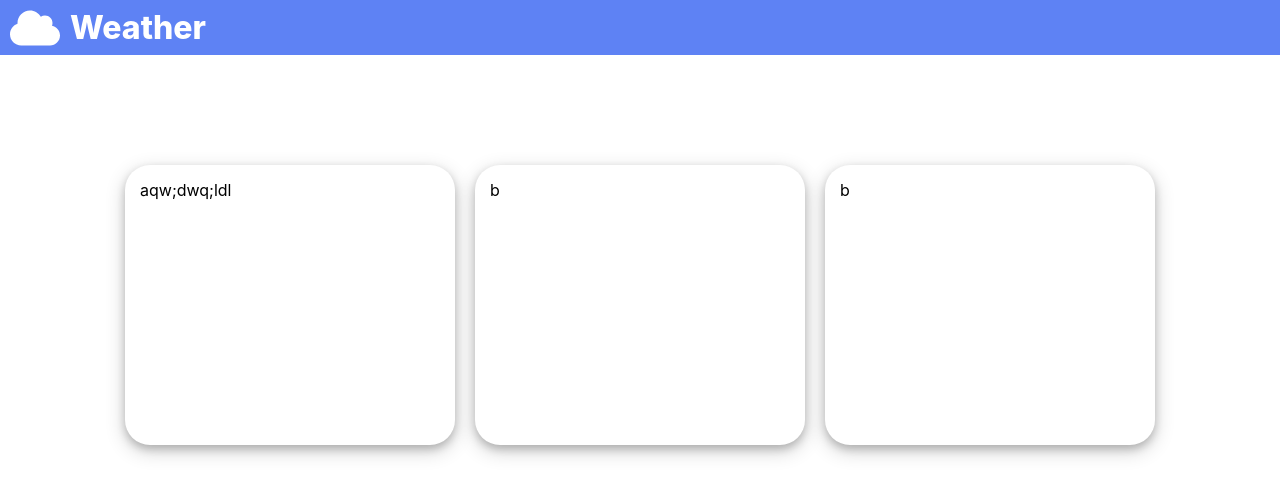
Repository: ahmedazawi/weather-app
Page: /
An editor plug-in stored every save of this project. The page is shown before and after the next save, followed by the edit.
The browser window is 1280 px wide. The pictures show the whole page.
The project was rebuilt for these pictures with package versions that can differ from the ones it lists, and the page was loaded fresh each time.

Above is the page before, as saved 2022-11-29 21:22:23.

### src/App.js
import "./App.css";
import Header from "./layout/Header";
import Details from "./components/Details";
function App() {
  return (
    <div className="App">
      <Header />
      <Details />
    </div>
  );
}

export default App;

### src/App.css
body {
  --primaryColor: #5e82f4;
  --borderRadius: 25px;
}

.nav {
  display: flex;
  align-items: center;
  height: 55px;
  background-color: var(--primaryColor);
}

### src/layout/Header.js
import React from "react";
import { FontAwesomeIcon } from "@fortawesome/react-fontawesome";
import { faCloud } from "@fortawesome/free-solid-svg-icons";
const Header = () => {
  return (
    <div className="nav">
      <div>
        <FontAwesomeIcon
          className="f-icon"
          icon={faCloud}
          color="White"
          style={{ marginLeft: "10px", fontSize: "40px" }}
        />
      </div>

      <h1 style={{ color: "white", marginLeft: "10px", fontWeight: "800" }}>
        Weather
      </h1>
    </div>
  );
};

export default Header;

### src/components/Details.js
import React from "react";
import "../assets/css/details.css";
const Details = () => {
  return (
    <div className="main">
      <div className="big-cards">
        <div>aqw;dwq;ldl</div>
        <div>b</div>
        <div>b</div>
      </div>
    </div>
  );
};

export default Details;

### src/assets/css/details.css
.main {
  width: 100%;
  display: flex;
  flex-direction: column;
}

.big-cards {
  width: 100%;
  min-height: 500px;
  display: flex;
  flex-direction: row;
  flex-wrap: wrap;
  gap: 20px;
  align-items: center;
  justify-content: center;
}
.big-cards > div {
  width: 300px;
  height: 250px;
  background-color: white;
  padding: 15px;
  border-radius: var(--borderRadius);
  box-shadow: 0 4px 8px 0 rgba(0, 0, 0, 0.2), 0 6px 20px 0 rgba(0, 0, 0, 0.19);
}

Loaded but not shown: public/index.html (common file); src/index.js (common file); src/index.css (common file)

After the next save:
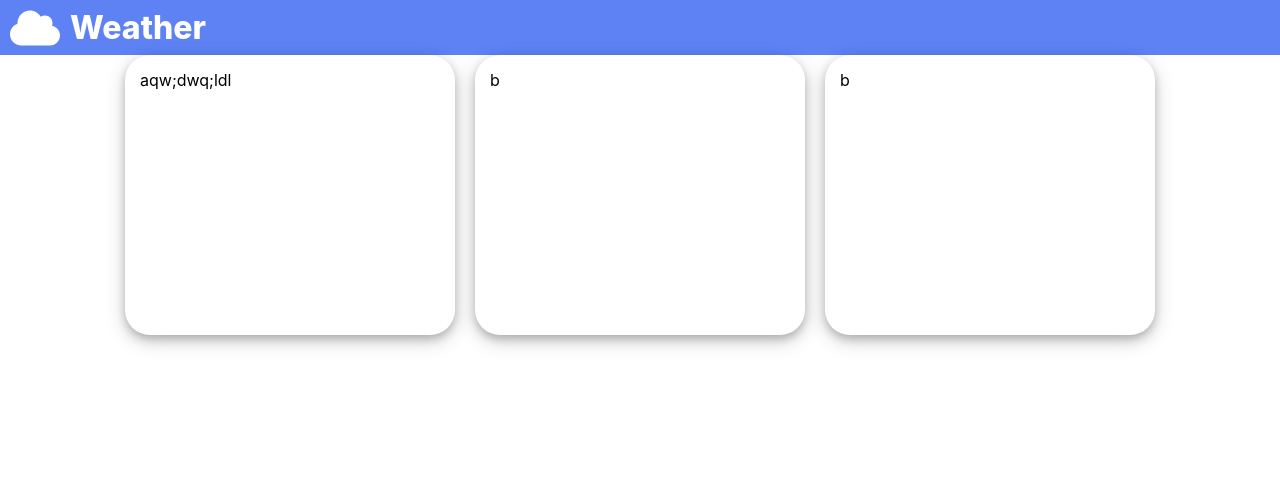
Saved 27 s later.
--- a/src/assets/css/details.css
+++ b/src/assets/css/details.css
@@ -6,7 +6,7 @@
 
 .big-cards {
   width: 100%;
-  min-height: 500px;
+  min-height: fit-content;
   display: flex;
   flex-direction: row;
   flex-wrap: wrap;
